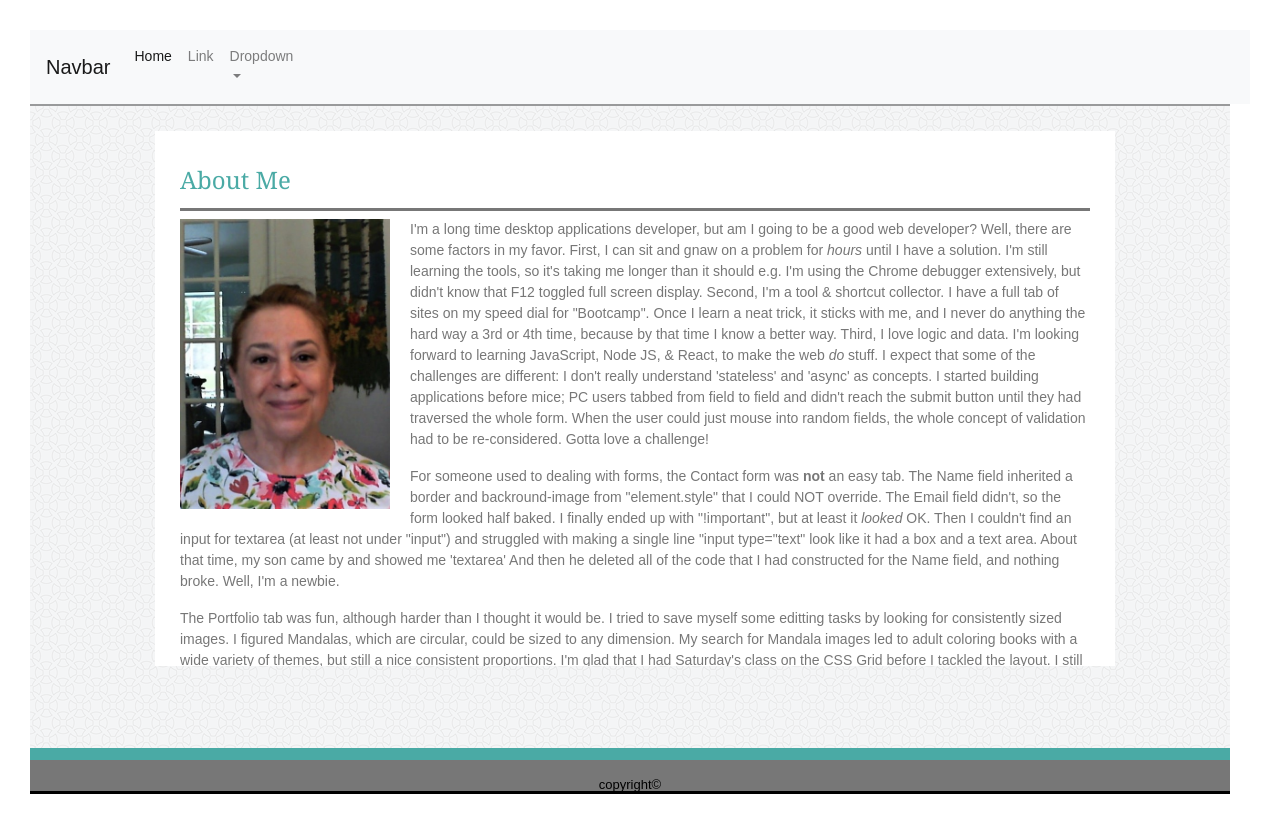
Repository: dsaftler/Bootstrap-Portfolio
Page: index.html
The author's editor kept a copy of each file at every save. The page is drawn from the files as they stood at one save, then again after the next save.
The browser window is 1280 px wide. The pictures show the whole page.
An inner scrolling area shows only its first screen.

Above is the page before, as saved 2019-03-20 21:58:56.

### index.html
<!DOCTYPE html>
<html lang="en">
<head>
    <title>Diana Saftler Portfolio</title>
    <meta name="viewport" content="width=device-width, initial-scale=1, shrink-to-fit=no">
    <link rel="stylesheet" href="https://maxcdn.bootstrapcdn.com/bootstrap/4.0.0/css/bootstrap.min.css" integrity="sha384-Gn5384xqQ1aoWXA+058RXPxPg6fy4IWvTNh0E263XmFcJlSAwiGgFAW/dAiS6JXm" crossorigin="anonymous">
    <link rel="stylesheet" href="assets/css/style.css">
    <link rel="icon" href="assets/images/Peony.jpg" type="image/jpg" sizes="16x16">
    <meta charset="UTD-8">
</head>
<body>
    <nav class="navbar navbar-expand-lg navbar-light bg-light">
        <a class="navbar-brand" href="#">Navbar</a>
        <button class="navbar-toggler" type="button" data-toggle="collapse" data-target="#navbarSupportedContent" aria-controls="navbarSupportedContent" aria-expanded="false" aria-label="Toggle navigation">
          <span class="navbar-toggler-icon"></span>
        </button>

        <div class="collapse navbar-collapse" id="navbarSupportedContent">
          <ul class="navbar-nav mr-auto">
            <li class="nav-item active">
              <a class="nav-link" href="#">Home <span class="sr-only">(current)</span></a>
            </li>
            <li class="nav-item">
              <a class="nav-link" href="#">Link</a>
            </li>
            <li class="nav-item dropdown">
              <a class="nav-link dropdown-toggle" href="#" id="navbarDropdown" role="button" data-toggle="dropdown" aria-haspopup="true" aria-expanded="false">
                Dropdown
              </a>
              <div class="dropdown-menu" aria-labelledby="navbarDropdown">
                <a class="dropdown-item" href="#">Action</a>
                <a class="dropdown-item" href="#">Another action</a>
                <div class="dropdown-divider"></div>
                <a class="dropdown-item" href="#">Something else here</a>
              </div>

          </ul>
        </div>
      </nav>
  <!-- <nav class="navbar navbar-expand-lg" style="background-color: #4aaaa5; color:rgb(181, 247, 247)">
    <a class="navbar-brand" style="color: white" href="#">Diana Saftler</a></nav>
    <div class="collapse navbar-collapse" id="navbarSupportedContent">
      <ul class="navbar-nav mr-auto">
        <li class="nav-item active"><a class="nav-link" style="color: rgb(181, 247, 247)" href="index.html">About</a></li>
        <li class="nav-item"><a class="nav-link" style="color: rgb(181, 247, 247)"  href="contact.html">Contact</a></li>
        <li class="nav-item"><a class="nav-link" style="color: rgb(181, 247, 247)"  href="portfolio.html">Portfolio</a></li>
      </ul>
    </div> -->




        <!-- <ul>
            <li><a href="index.html">About</a></li>
            <li><a href="contact.html">Contact</a></li>
            <li><a href="portfolio.html">Portfolio</a></li>
        </ul> -->

    <div class="bg-pattern">
        <div class="center-panel">
                <h2>About Me</h2>
            <img class="image_about" src="assets/images/photo.jpg" alt="in my office">
            <p>I'm a long time desktop applications developer, but am I going to be a good web developer?  Well, there are some factors in my favor.  First, I can sit and gnaw on a problem for <em>hours</em> until I have a solution.  I'm still learning the tools, so it's taking me longer than it should e.g. I'm using the Chrome debugger extensively, but didn't know that F12 toggled full screen display. Second, I'm a tool & shortcut collector.  I have a full tab of sites on my speed dial for "Bootcamp".  Once I learn a neat trick, it sticks with me, and I never do anything the hard way a 3rd or 4th time, because by that time I know a better way.  Third, I love logic and data.  I'm looking forward to learning JavaScript, Node JS, & React, to make the web <em>do</em> stuff.  I expect that some of the challenges are different: I don't really understand 'stateless' and 'async' as concepts.  I started building applications before mice;  PC users tabbed from field to field and didn't reach the submit button until they had traversed the whole form.  When the user could just mouse into random fields, the whole concept of validation had to be re-considered. Gotta love a challenge!
            </p>
            <p>For someone used to dealing with forms, the Contact form was <strong>not</strong> an easy tab. The Name field inherited a border and backround-image from "element.style" that I could NOT override. The Email field didn't, so the form looked half baked.  I finally ended up with "!important", but at least it <em>looked</em> OK.  Then I couldn't find an input for textarea (at least not under "input") and struggled with making a single line "input type="text" look like it had a box and a text area.  About that time, my son came by and showed me 'textarea'  And then he deleted all of the code that I had constructed for the Name field, and nothing broke. Well, I'm a newbie. </p>
            <p>The Portfolio tab was fun, although harder than I thought it would be.  I tried to save myself some editting tasks by looking for consistently sized images.  I figured Mandalas, which are circular, could be sized to any dimension.  My search for Mandala images led to adult coloring books with a wide variety of themes, but still a nice consistent proportions. I'm glad that I had Saturday's class on the CSS Grid before I tackled the layout.  I still had trouble getting the images to wrap left, but once I got that solved  with 2 images, it was easy to do them all without even needing rows.  I also added hover, 'tool tips', and links to the full sized images.  Print some out and spend some time with your crayolas!</p>


        </div>
    </div>
    <footer>copyright&copy</footer>
</body>
</html>

### Assets/CSS/style.css
* {
    box-sizing: border-box;
}

body {
    font-size: 14px;
    font-family: Arial, "Helvetica Neue", Helvetica, sans-serif;
    background-color: #ffffff;
    padding: 30px;
    color:  #777777;

}
header{
    left: 80px;
    background-color: #ffffff;
    height: 25px;
    width: 1200px;
}
footer {
    color: black;
    font-size: small;
    text-align: center;
    padding: 15px;
    clear: both;
    background-color: #777777;
    height: 40px;
    width: 1200px;
    border-style: solid;
    border-top-color: #4aaaa5;
    border-top-width: 6px;
    border-left-width: 0;
    border-right-width: 0;
}
p {
    padding: 0 0 10 0;
}

.bg-pattern {
    clear: both;
  /* margin-top: 40px; */
  padding: 50px;
  padding-top: 5px;
  /* background-color: #b1f3f3;  */
  height: 650px;
  width: 1200px;

  background-image: url("../images/circles-light.png");
  border-style: solid;
  border-top-color: #999a9b;
  border-top-width: 2px;
  border-left-width: 0;
  border-right-width: 0;
  border-bottom-color: #4aaaa5;
  border-bottom-width: 6px;

}

.center-panel {
    clear: both;
    display: inline-block;
    /* position: absolute; */
    top: 150px;
    right: 0;
    bottom: 0;
    left: 0;
    margin-left: 75px;
    margin-top: 20px;
    width: 960px;
    height: 535px;
    background-color: #ffffff;
    padding: 25px;
    overflow: auto;
    z-index: 1;

}

ul {
    list-style-type: none;
    margin: 0;
    padding: 0;
}

li a {
    display: block;
    width: 60 px;
}



ul {
    list-style-type: none;
    margin: 0;
    padding: 0;
    float: right;
    width: 175px;
}

li { display: inline-block; }

li a {
    color: #777777;
    text-decoration: none;
    padding: 5px;
}

li a:hover {
    background-color: #4aaaa5;
    color: white;

}
h1, h2 {font-family: Georgia, Times, "Times New Roman", serif;}
h1 {
    float: left;
    box-shadow: 10px 0px 0px 0px #4aaaa5, -10px 0px 0px 0px #4aaaa5;

    height: 65px;
    /* width: 200px; */

    top: 0;
    margin: 0;
    margin-left: 135px;

    background-color: #4aaaa5;
    color: white;
    font-size: 30px;
    text-align: center;
    padding: 10px 0;
    /* padding: 10px; */
}

h2 {
    font-size: 24px;
    margin-top: 10px;
    color: #4aaaa5;
    padding-bottom: 13px;
    border-bottom: 3px solid #777777;
}
h4 { margin: 3px}


.image_about {
    float: left;
    padding-right: 20px;
    padding-bottom: 20px;
    width: 230px;
    height: 310px;
}

input[type="text"] {
    width : 450px;
    margin: 0;
    padding: 2px;
    padding-left: 10px;
    -webkit-box-sizing: border-box; /* For legacy WebKit based browsers */
       -moz-box-sizing: border-box; /* For legacy (Firefox <29) Gecko based browsers */
            box-sizing: border-box;
}

.textbox {
    border:1px solid  #777777;
    padding: 10px;
    width: 650;
    height: 175px;
    font-size: 13.33px;
    font-family: Arial, Helvetica, sans-serif;
}
.submit {
    display: block;
    width: 60px;
    height: 29px;
    background-color: #4aaaa5;
    color: #ffffff;
    font-weight: bold;
}
.portfolio {
    max-width:100%;
    max-height: 100%
   }
.content {
    padding: 6px;
    float: left;
}

.row {
    margin: 0;
    height: 225px;
}
.row,
.row > .column {
    padding: 5 px;
}
.col {
   float:left;
    height: 225px;
     width: 25%;
     margin: 0;
}
.row:after {
    content: "";
    display: table;
    clear: both;
}
.gallery {
    border: 2px solid #4aaaa5;
    padding: 10px;
    height: 200px;
    width: 200px;
}
.gallery:hover {
    border-color: #06faee;
}
.box {
    height:150px;
    border: solid;
    border-width: 1px;

}
/* portfolio page */

.work {
    position: relative;
    float: left;
    width: 274px;
    margin: 20px 0 25px;
    overflow: auto;
  }

  .work:nth-child(even) {
    margin-right: 40px;
  }

  .work img {
    width: 100%;
    border: 0 none;
    opacity: 0.8;
  }

  .work h3 {
    position: absolute;
    bottom: 20px;
    width: 100%;
    padding: 15px;
    margin-bottom: 0;
    font-weight: 300;
    line-height: 30px;
    color: #ffffff;
    text-align: center;
    background: #4aaaa5;
    border-bottom: 0;
  }

  .auth-image {
    float: left;
    width: 200px;
    height: auto;
    margin-top: 10px;
    margin-right: 25px;
  }
  #masthead {
    position: fixed;
    z-index: 99;
    width: 100%;
    margin: 0 0 30px;
    overflow: auto;
    color: #ffffff;
    background: #ffffff;
    border-bottom: 2px solid #cccccc;
  }

  #logo {
    float: left;
    width: 250px;
    height: 90px;
    font-family: Georgia, Times, "Times New Roman", serif;
    font-size: 30px;
    font-weight: 700;
    line-height: 90px;
    color: #ffffff;
    text-align: center;
    text-decoration: none;
    background: #4aaaa5;
  }
  #main-container {
    padding-top: 130px;
    min-height: calc(100vh - 70px);
  }

  .main-section {
    float: left;
    width: 100%;
    max-width: 960px;
    padding: 30px;
    margin: 0 0 40px;
    background: #ffffff;
    border: 1px solid #dddddd;
  }

After the next save:
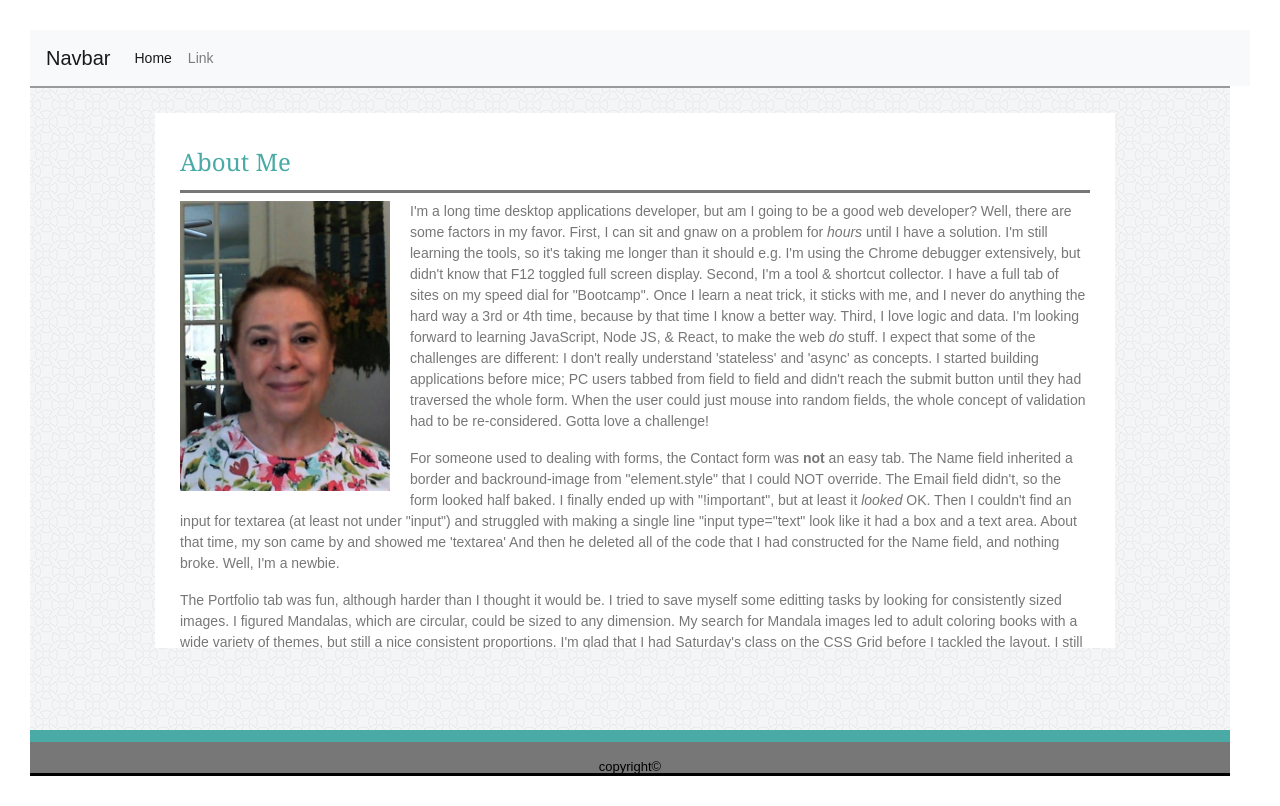
Saved 34 s later.
--- a/index.html
+++ b/index.html
@@ -23,17 +23,6 @@
             <li class="nav-item">
               <a class="nav-link" href="#">Link</a>
             </li>
-            <li class="nav-item dropdown">
-              <a class="nav-link dropdown-toggle" href="#" id="navbarDropdown" role="button" data-toggle="dropdown" aria-haspopup="true" aria-expanded="false">
-                Dropdown
-              </a>
-              <div class="dropdown-menu" aria-labelledby="navbarDropdown">
-                <a class="dropdown-item" href="#">Action</a>
-                <a class="dropdown-item" href="#">Another action</a>
-                <div class="dropdown-divider"></div>
-                <a class="dropdown-item" href="#">Something else here</a>
-              </div>
-
           </ul>
         </div>
       </nav>
